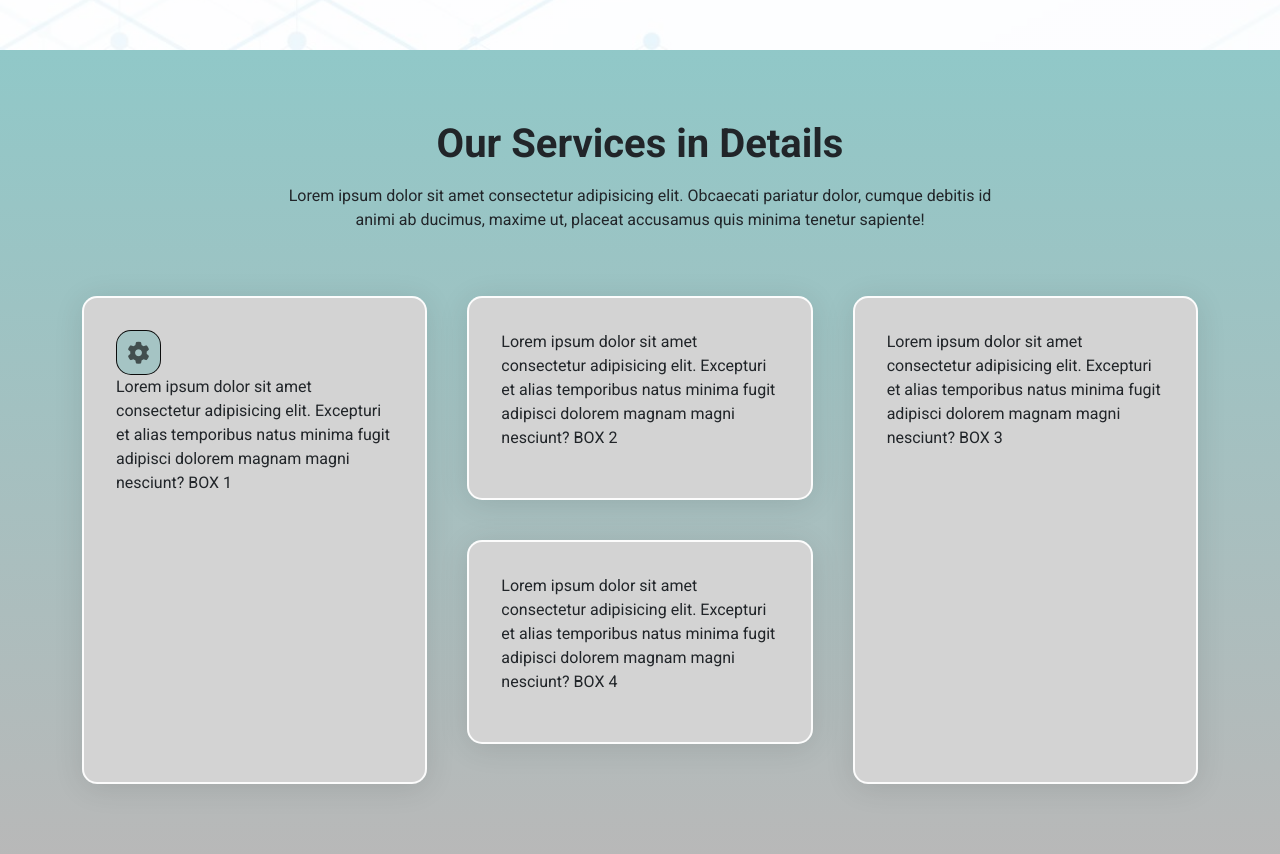
Repository: nazmulalok/landing-page-angelio
Page: index.html
These files come from the project's save history. The page is drawn as it stood at one moment and after the next save; the edit follows.
The browser window is 1280 px wide. The pictures show the part of the page from y = 2012 to 2866 px (the page is 2866 px tall).
A picture or video elsewhere on the page could not be fetched, so the positions and the page height are approximate.

Above is the page before, as saved 2022-09-18 19:02:27.

After the next save:
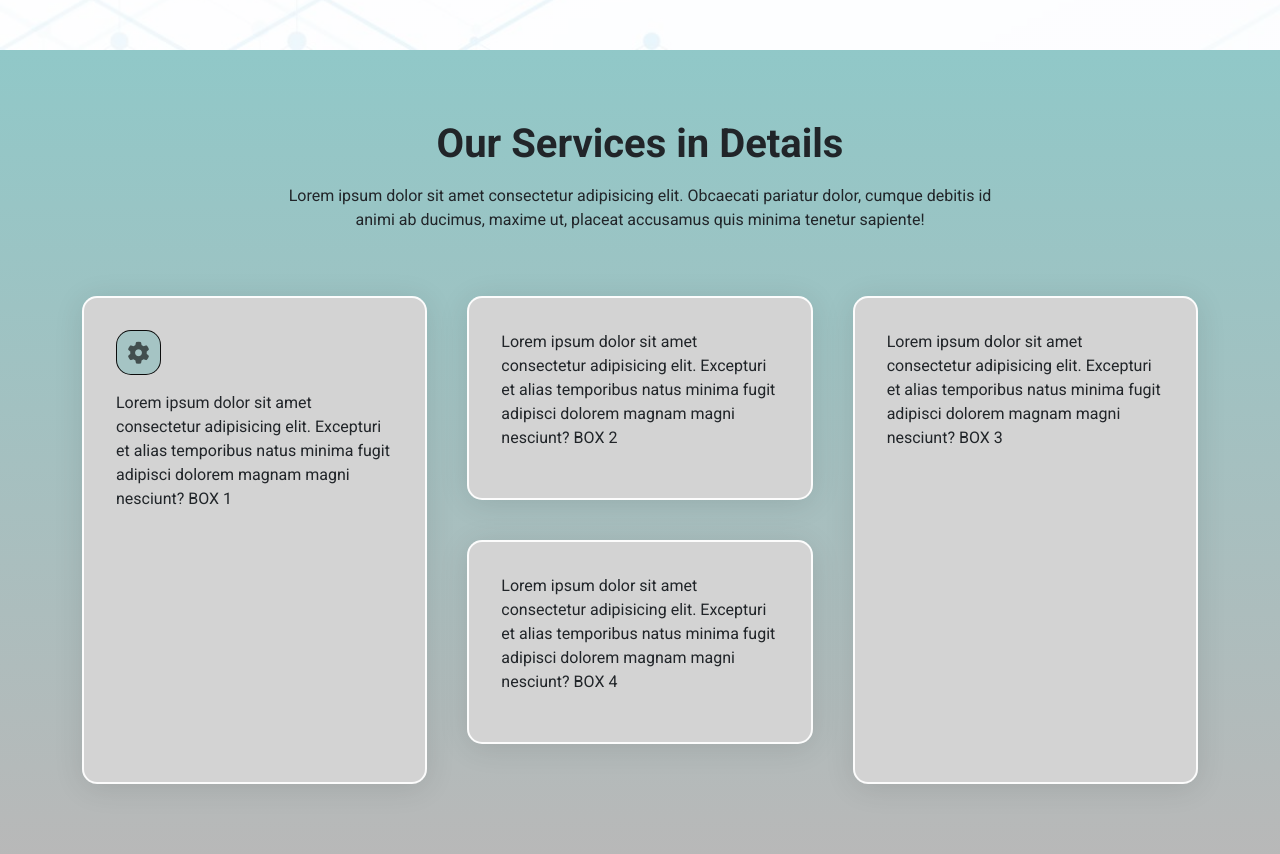
Saved 4 min 35 s later.
--- a/index.html
+++ b/index.html
@@ -185,7 +185,7 @@
                 </div>
                 <div class="service-details-grid">
                     <div class="service-details-box main-service-card">
-                        <div class="service-details-icon">
+                        <div class="service-details-icon mb-3">
                             <i class="fa fa-cog" aria-hidden="true"></i>
                         </div>
                         <p>Lorem ipsum dolor sit amet consectetur adipisicing elit. Excepturi et alias temporibus natus
